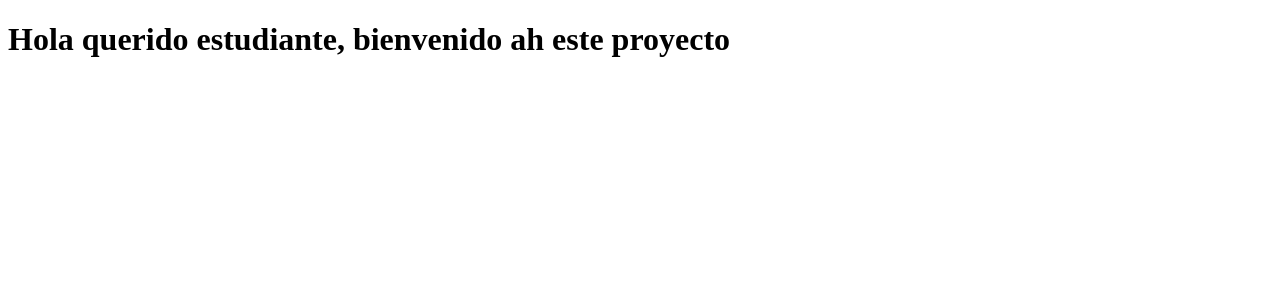
Repository: Diegu003/MyWeb
Page: web2.html
The author's editor kept a copy of each file at every save. The page is drawn from the files as they stood at one save, then again after the next save.
The browser window is 1280 px wide. The pictures show the whole page.

Above is the page before, as saved 2024-08-25 07:18:17.

### web2.html
<!DOCTYPE html>
<html lang="en">
<head>
    <meta charset="UTF-8">
    <meta name="viewport" content="width=device-width, initial-scale=1.0">
    <title>Mi Web</title>
</head>
<body>
    <div>
        <h1>
            Hola querido estudiante, bienvenido ah este proyecto
        </h1>
    </div>

</body>
</html>

After the next save:
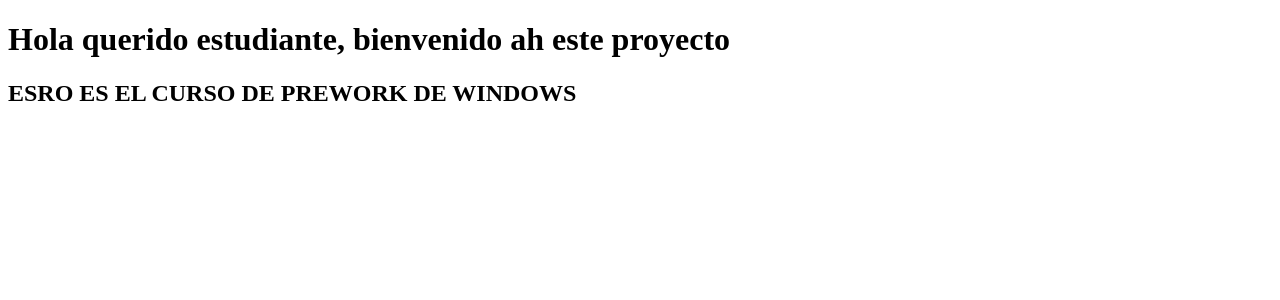
Saved 2 days later.
--- a/web2.html
+++ b/web2.html
@@ -10,6 +10,7 @@
         <h1>
             Hola querido estudiante, bienvenido ah este proyecto
         </h1>
+        <h2>ESRO ES EL CURSO DE PREWORK DE WINDOWS</h2>
     </div>
 
 </body>
